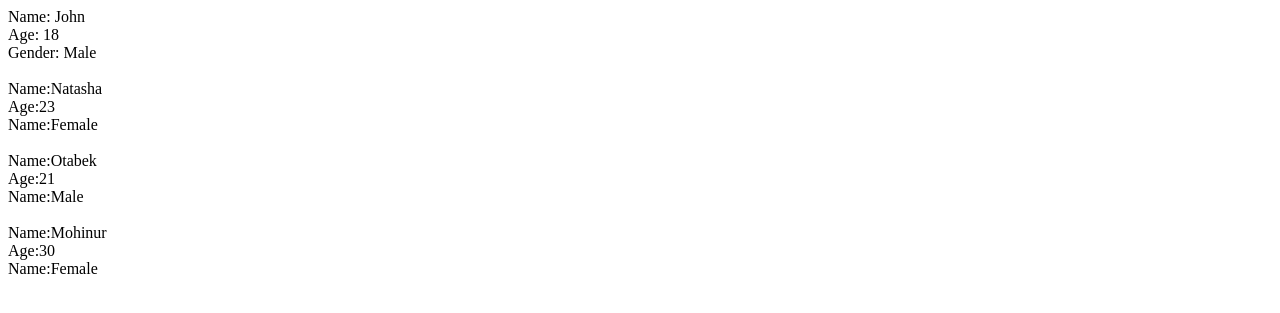
Repository: OtabekScarcro/advance-java
Page: http://localhost/Sample_Xml_file/JSTLDemo.jsp
The author's editor kept a copy of each file at every save. The page is drawn from the files as they stood at one save, then again after the next save.
The browser window is 1280 px wide. The pictures show the whole page.
The page is served by Tomcat 9.

Above is the page before, as saved 2023-03-29 12:16:43.

After the next save:
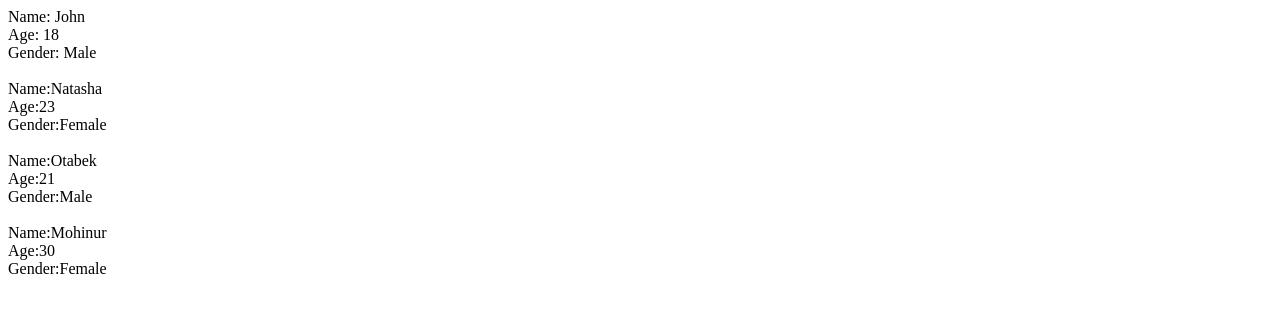
Saved 7 s later.
--- a/Sample Xml file/src/main/webapp/JSTLDemo.jsp
+++ b/Sample Xml file/src/main/webapp/JSTLDemo.jsp
@@ -21,7 +21,7 @@
 		<x:if select="age>20">
 			<br/> Name:<x:out select="name"/>
 			<br/> Age:<x:out select="age"/>
-			<br/> Name:<x:out select="gender"/>
+			<br/> Gender:<x:out select="gender"/>
 			<br/>
 		</x:if>
 	</x:forEach>
